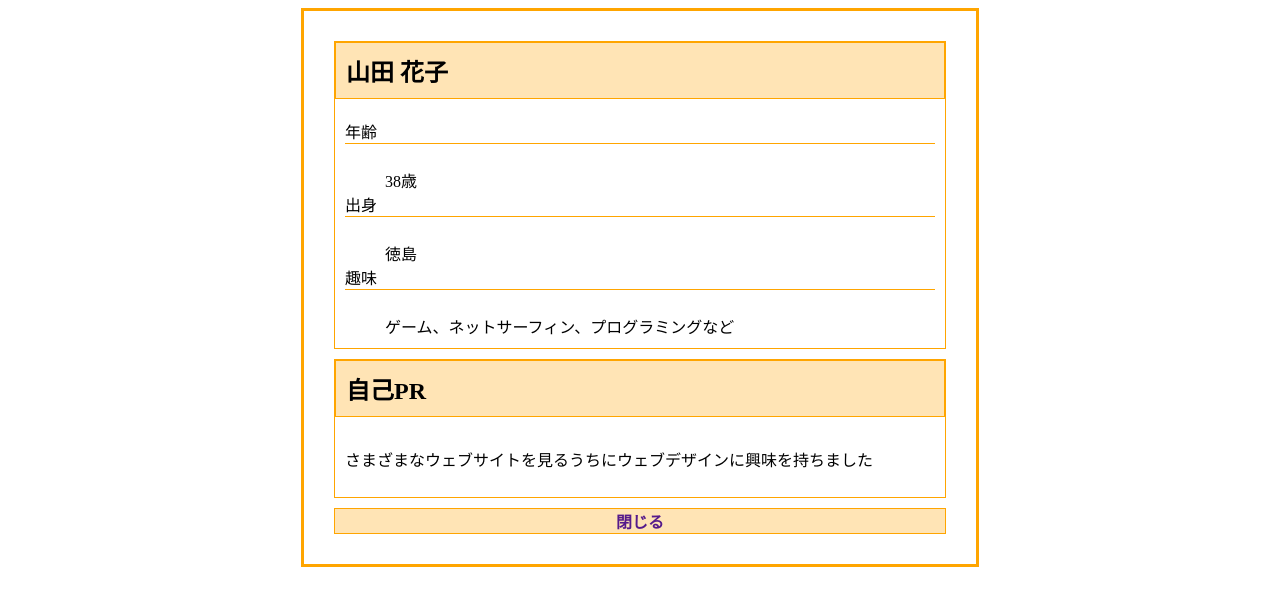
Repository: tomimaler/dc_work_tamachi_inagaki_html
Page: practice_box/practice_box.html
The author's editor kept a record of every edit. The page is drawn from the files as they stood at one moment, then again after the next edit.
The browser window is 1280 px wide. The pictures show the whole page.

Above is the page before.

After the next edit:
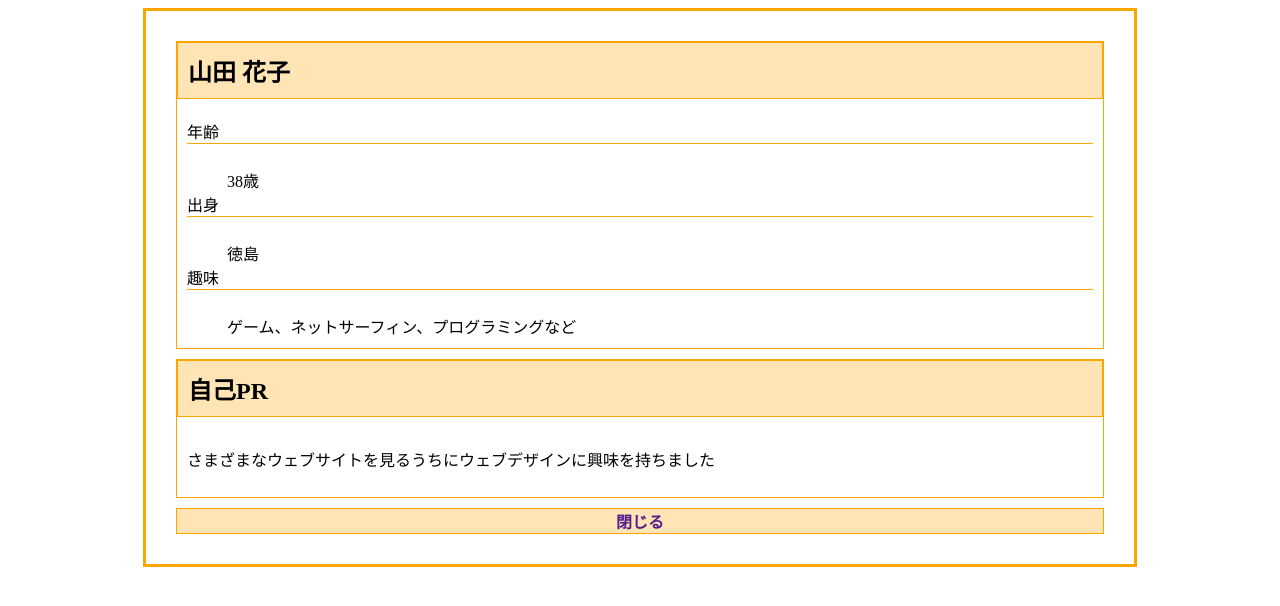
The edit:
--- a/practice_box/practice_box.css
+++ b/practice_box/practice_box.css
@@ -1,5 +1,5 @@
 .container {
-    width:50%;
+    width:75%;
     border:solid 3px orange;
     margin:0 auto;
     padding:20px;
